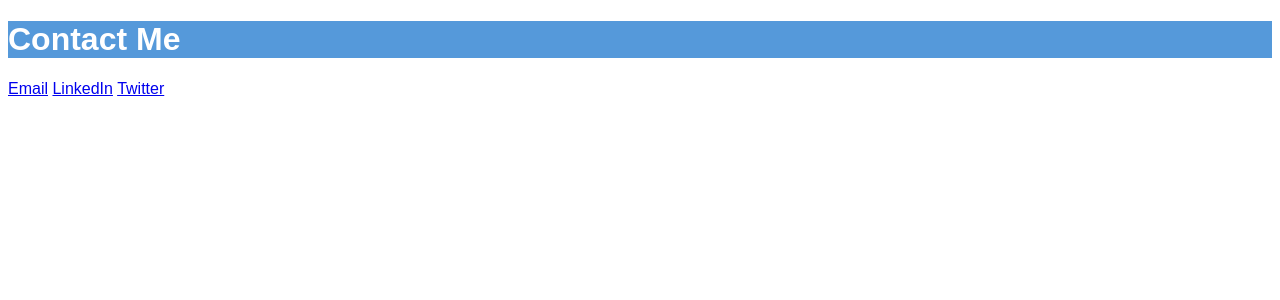
Repository: tokyopdm/tokyopdm.github.io
Page: pages/contact.html
The author's editor kept a record of every edit. The page is drawn from the files as they stood at one moment, then again after the next edit.
The browser window is 1280 px wide. The pictures show the whole page.

Above is the page before.

After the next edit:
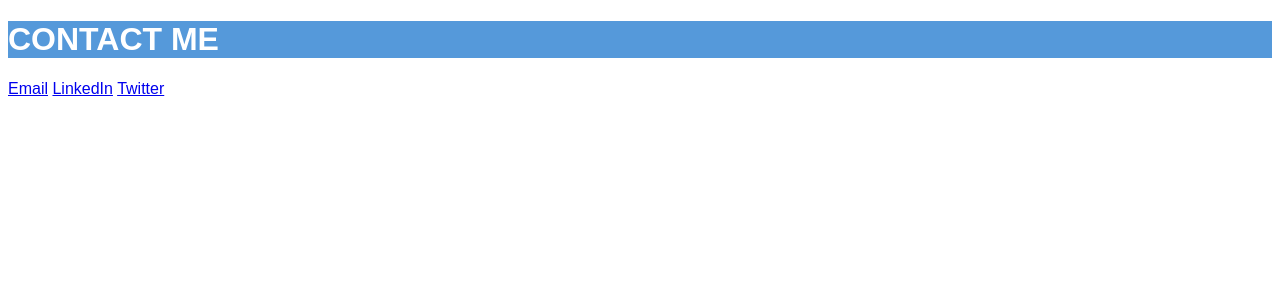
The edit:
--- a/pages/contact.html
+++ b/pages/contact.html
@@ -9,7 +9,7 @@
     </head>
     <body>
         <div>
-            <h1>Contact Me</h1>
+            <h1>CONTACT ME</h1>
         </div>
         <div>
             <a href="mailto:tokyopdm[at]gmail[dot]com">Email</a>
